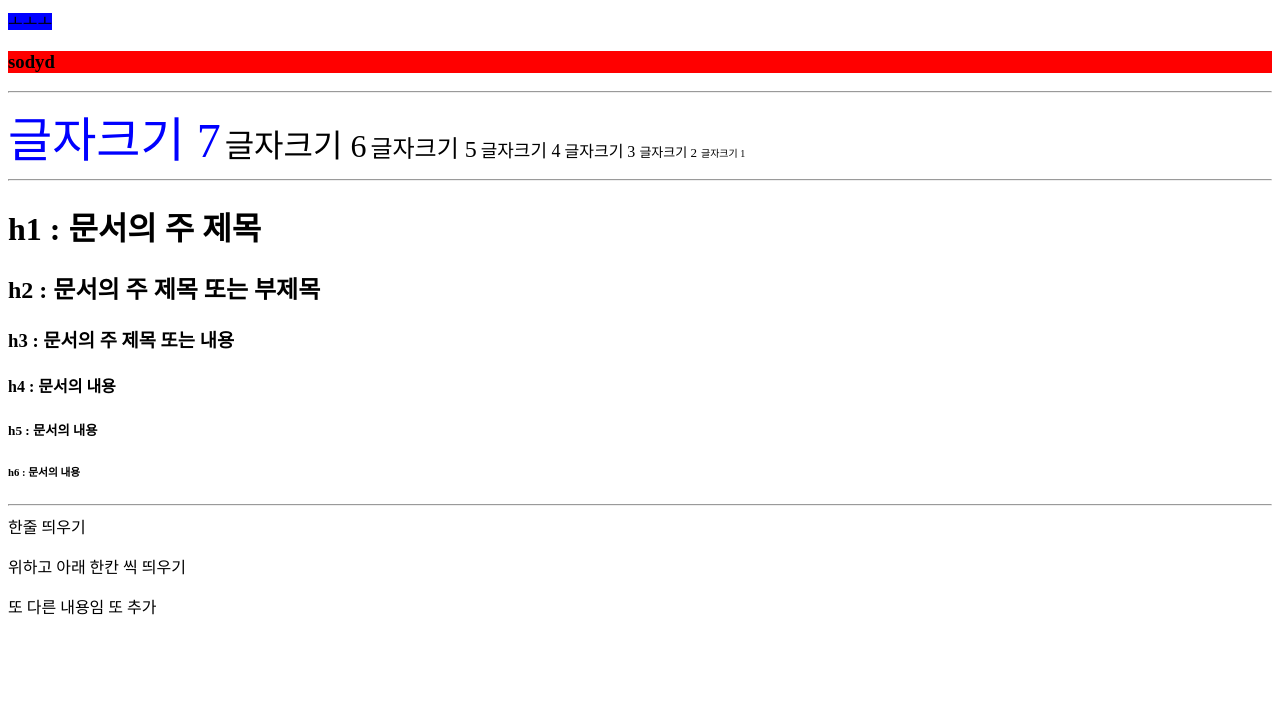
Repository: sika5382/jsp
Page: html/WebContent/NewFile.html
An editor plug-in stored every save of this project. The page is shown before and after the next save, followed by the edit.
The browser window is 1280 px wide. The pictures show the whole page.

Above is the page before, as saved 2020-10-29 05:21:03.

### html/WebContent/NewFile.html
<!DOCTYPE html>
<html>
<head>
<meta charset="UTF-8">
<title>Insert title here</title>
</head>
<!--
<body text="white" bgcolor='black'>
	 -->
<body>

<font style="background-color:blue;">ㅗㅗㅗ</font>
<h3 style="background-color:red;">sodyd</h3>

<hr>

<font size="7" face="궁서체" color="blue">글자크기 7</font>
<font size="6">글자크기 6</font>
<font size="5">글자크기 5</font>
<font size="4">글자크기 4</font>
<font size="3">글자크기 3</font>
<font size="2">글자크기 2</font>
<font size="1">글자크기 1</font>

<hr>

<h1> h1 : 문서의 주 제목</h1>
<h2> h2 : 문서의 주 제목 또는 부제목</h2>
<h3> h3 : 문서의 주 제목 또는 내용</h3>
<h4> h4 : 문서의 내용</h4>
<h5> h5 : 문서의 내용</h5>
<h6> h6 : 문서의 내용</h6>

<hr>
	 한줄 띄우기 <br>
	<p>위하고 아래 한칸 씩 띄우기 </p>

		 <!-- html 주석 -->
	또 다른 내용임
	또 추가
</body>
</html>

After the next save:
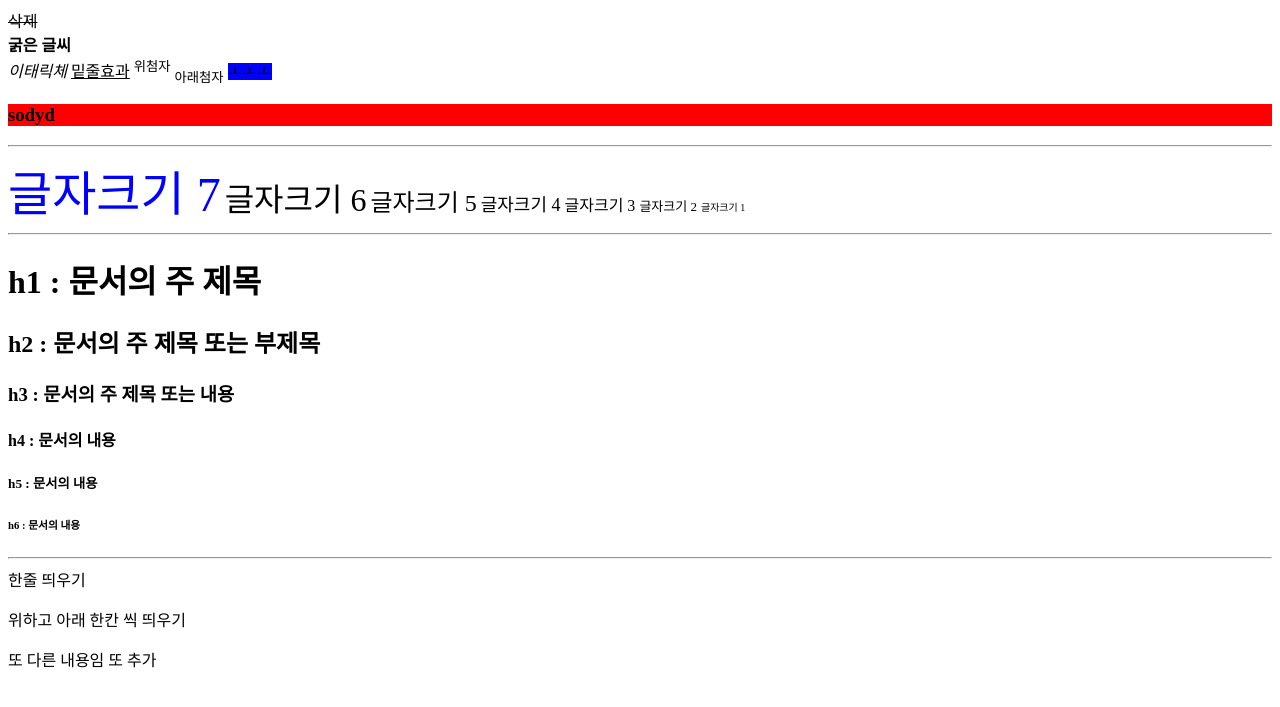
Saved 2 min 10 s later.
--- a/html/WebContent/NewFile.html
+++ b/html/WebContent/NewFile.html
@@ -8,6 +8,13 @@
 <body text="white" bgcolor='black'>
 	 -->
 <body>
+
+<strike>삭제</strike><br>
+<b>굵은 글씨</b><br>
+<i>이태릭체</i>
+<u>밑줄효과</u>
+<sup>위첨자</sup>
+<sub>아래첨자</sub>
 
 <font style="background-color:blue;">ㅗㅗㅗ</font>
 <h3 style="background-color:red;">sodyd</h3>
